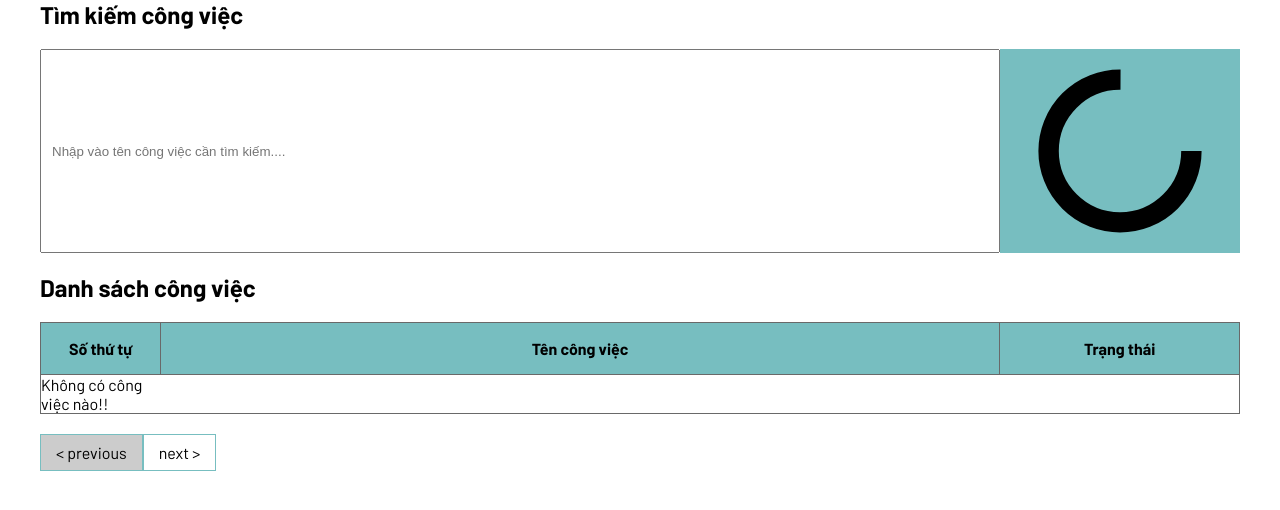
Repository: OkazakiTruong/searchReact
Page: /
The author's editor kept a copy of each file at every save. The page is drawn from the files as they stood at one save, then again after the next save.
The browser window is 1280 px wide. The pictures show the whole page.
The page's requests for data from a server got no answer. The project was rebuilt for these pictures with package versions that can differ from the ones it lists, and the page was loaded fresh each time. No one was signed in, and anything a server would have sent is missing. Also part of the build but not shown: vite.config.js.

Above is the page before, as saved 2024-01-13 23:33:06.

After the next save:
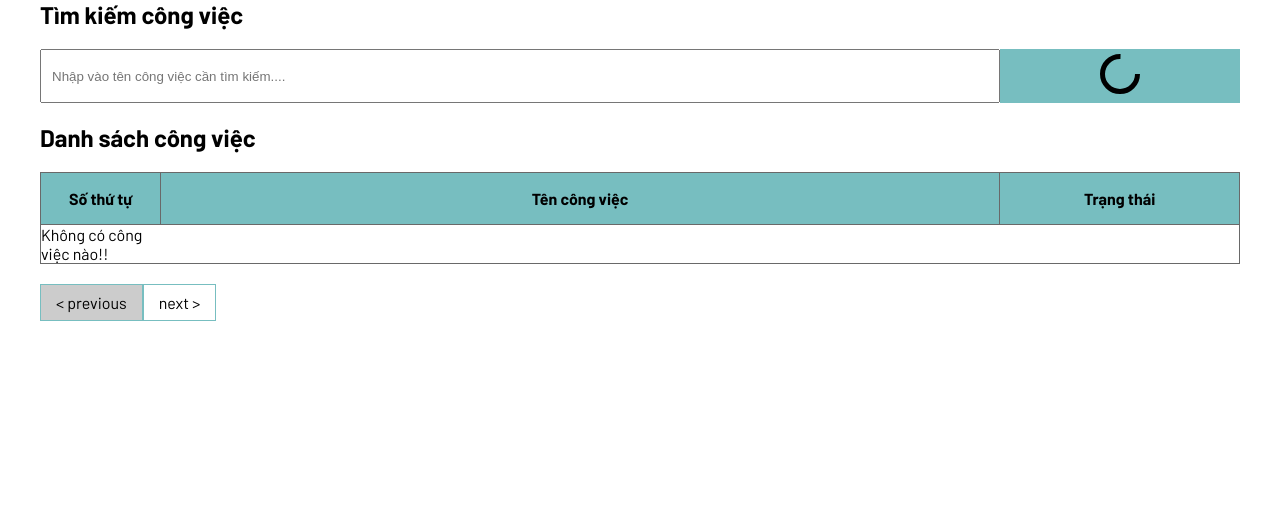
Saved 39 s later.
--- a/src/SearchApp/Search/Search.css
+++ b/src/SearchApp/Search/Search.css
@@ -2,9 +2,7 @@ input {
   width: 80%;
   padding: 10px;
 }
-img {
-  height: 100%;
-}
+
 button {
   width: 20%;
   cursor: pointer;
@@ -12,6 +10,9 @@ button {
   border: #77bec0;
   font-weight: 600;
   font-size: 16px;
+}
+.loading-icon {
+  width: 50px;
 }
 .btn-submit:hover {
   background-color: #90d7da;
